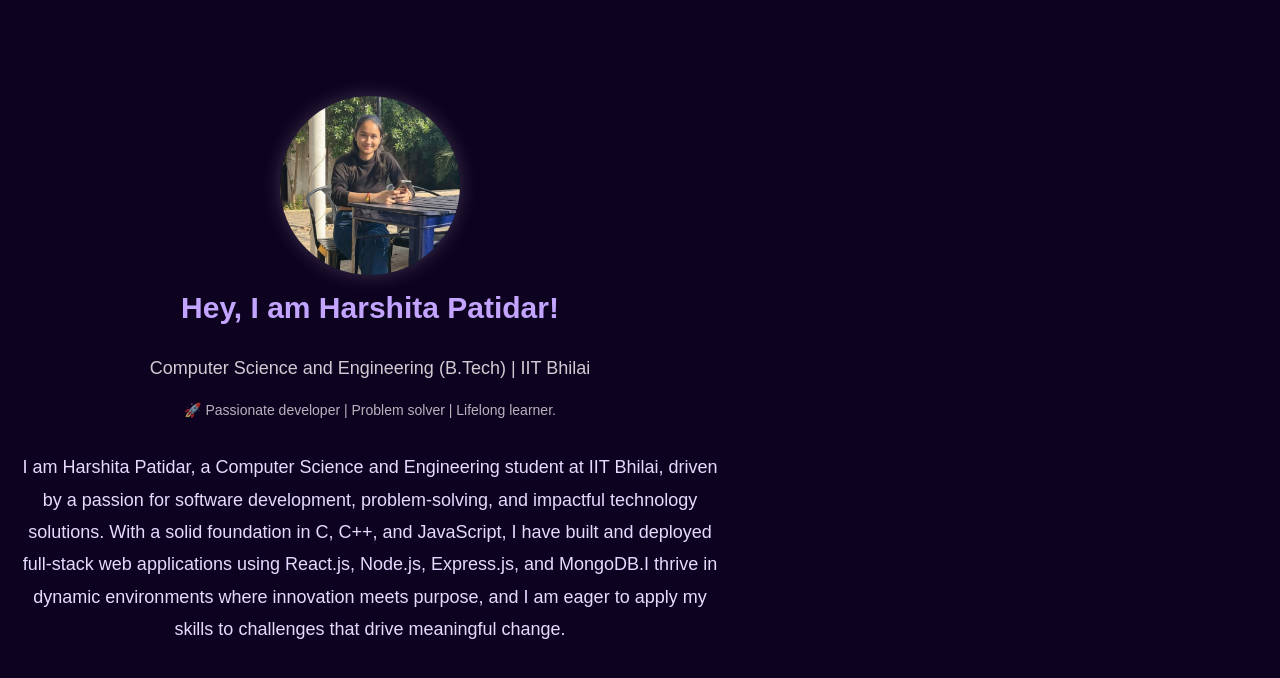
Repository: harshitap1305/Portfolio
Page: /
An editor plug-in stored every save of this project. The page is shown before and after the next save, followed by the edit.
The browser window is 1280 px wide. The pictures show the whole page.
The project was rebuilt for these pictures with package versions that can differ from the ones it lists, and the page was loaded fresh each time. Also part of the build but not shown: vite.config.js.

Above is the page before, as saved 2025-03-27 17:25:27.

After the next save:
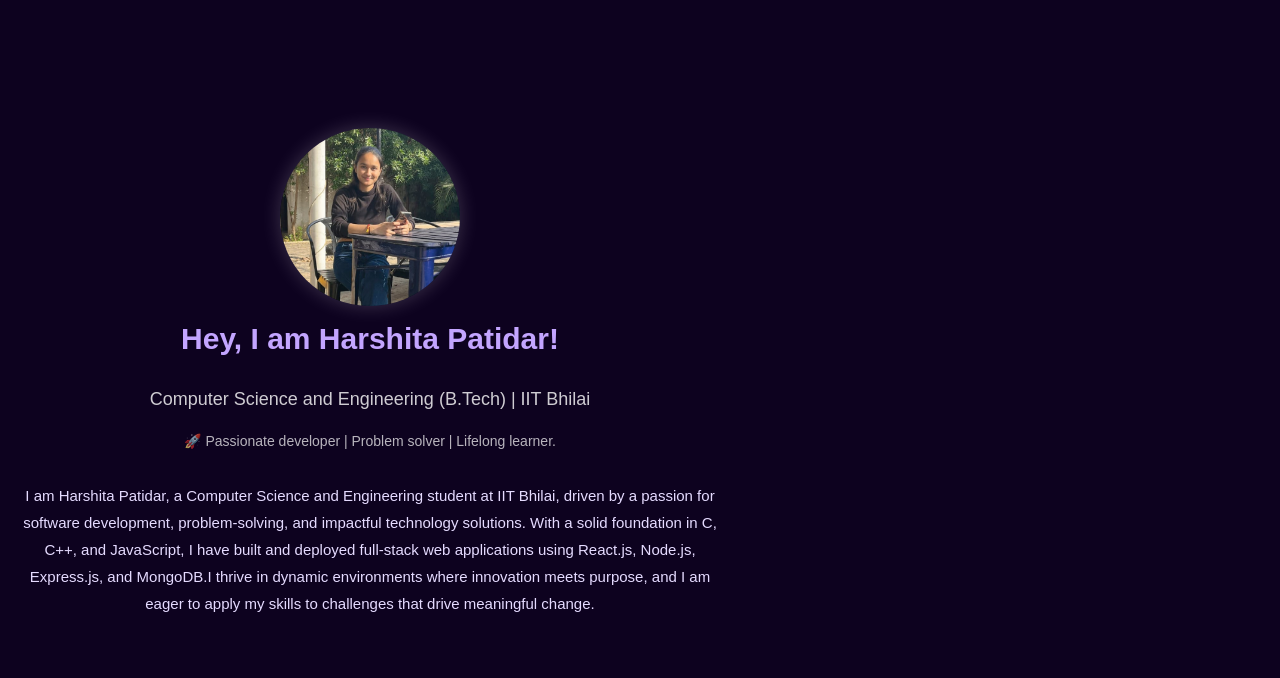
Saved 6 s later.
--- a/src/App.css
+++ b/src/App.css
@@ -39,7 +39,7 @@ body {
 }
 /* Intro Box */
 .intro {
-  font-size: 18px;
+  font-size: 15px;
   line-height: 1.8;
   max-width: 700px;
   text-align: center;
